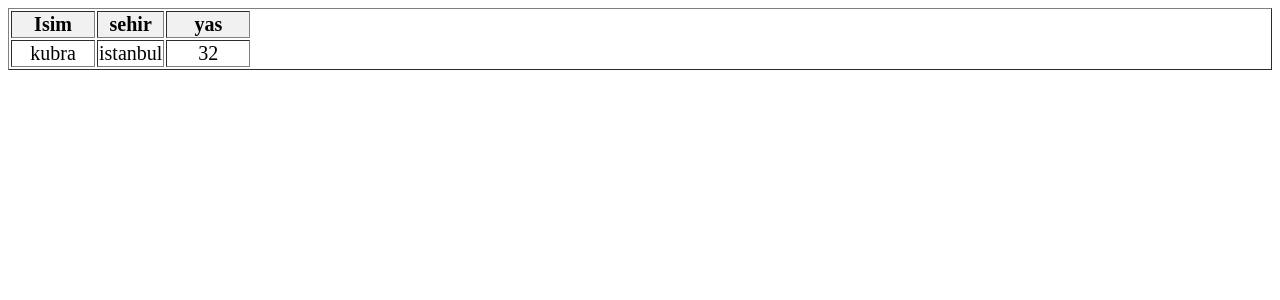
Repository: Kubraaygun/Html_Css_Login
Page: index.html
The author's editor kept a copy of each file at every save. The page is drawn from the files as they stood at one save, then again after the next save.
The browser window is 1280 px wide. The pictures show the whole page.

Above is the page before, as saved 2025-03-04 21:23:27.

### index.html
<!DOCTYPE html>
<html lang="en">
  <head>
    <meta charset="UTF-8" />
    <meta name="viewport" content="width=device-width, initial-scale=1.0" />
    <title>HTML</title>
    <link rel="stylesheet" href="style.css" />
  </head>

  <body>
    <table border="1" style="display: flex; text-align: center">
      <tr style="background-color: #f1f1f1">
        <th style="width: 80px">Isim</th>
        <th style="width: 8%">sehir</th>
        <th style="width: 80px">yas</th>
      </tr>
      <tr>
        <td>kubra</td>
        <td>istanbul</td>
        <td>32</td>
      </tr>
    </table>
  </body>
</html>

### style.css
body {
  font-size: 20px;
}
.h1:hover {
  background-color: purple;
}
#h1:hover {
  color: purple;
}
.link:hover {
  text-decoration: none;
}

ol {
  background-color: aqua;
  margin: 40px;
  border: 10px solid red;
}

ul {
  background-color: yellow;
  margin: 20px 60px 0 30px;
  padding: 10px;
  border: 20px groove red;
  border-radius: 30px 10px 50px 0;
}

li {
  background-color: burlywood;
  margin: 10px;
  padding: 5px;
}

After the next save:
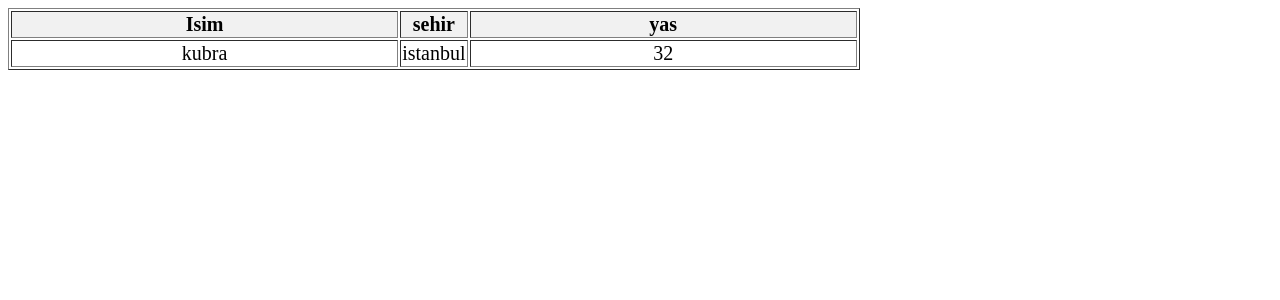
Saved 8 s later.
--- a/index.html
+++ b/index.html
@@ -8,7 +8,7 @@
   </head>
 
   <body>
-    <table border="1" style="display: flex; text-align: center">
+    <table border="1" style="text-align: center">
       <tr style="background-color: #f1f1f1">
         <th style="width: 80px">Isim</th>
         <th style="width: 8%">sehir</th>
